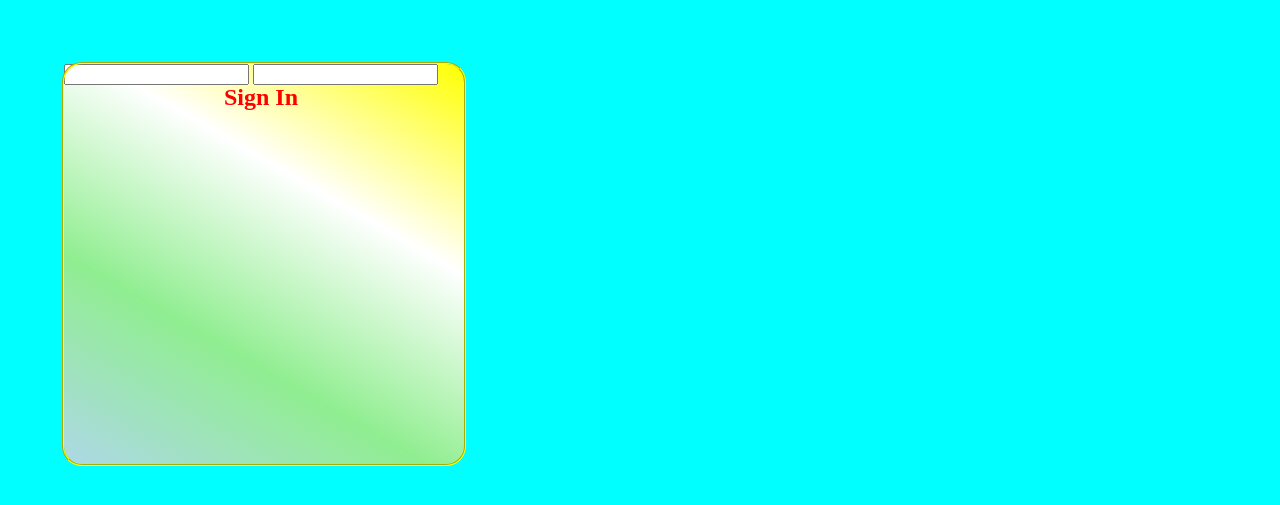
Repository: Amani-Kibet/express-app-web
Page: public/Card.html
An editor plug-in stored every save of this project. The page is shown before and after the next save, followed by the edit.
The browser window is 1280 px wide. The pictures show the whole page.

Above is the page before, as saved 2025-09-25 21:13:44.

After the next save:
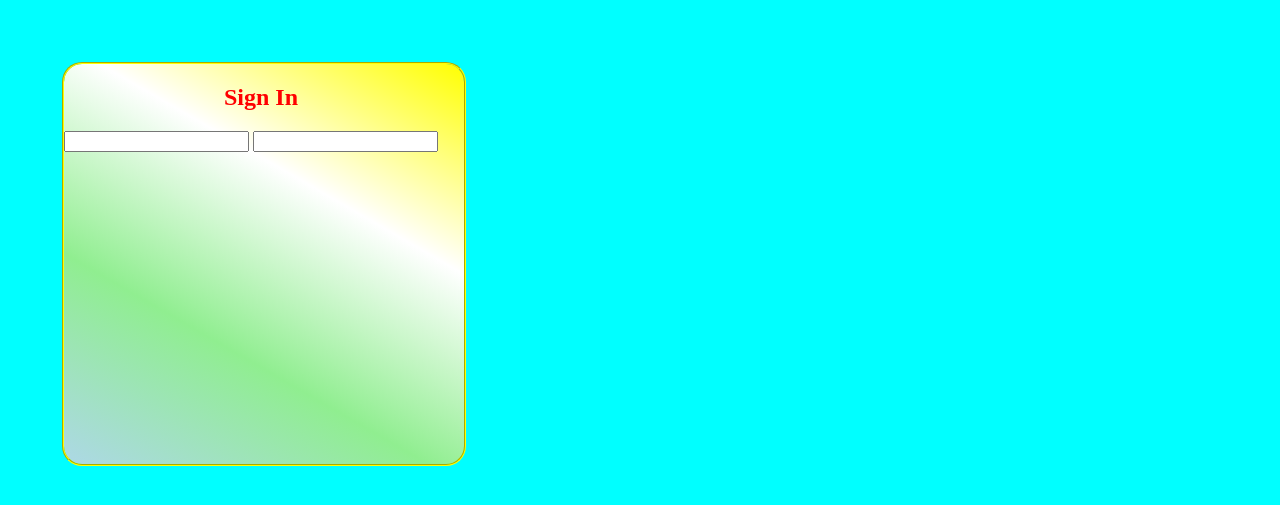
Saved 2 min 15 s later.
--- a/public/Card.html
+++ b/public/Card.html
@@ -14,16 +14,17 @@
   }
   h2{
     color: red;
-    position: absolute;
+    position: relative;
     left: 10rem
   }
+  .inputs{}
   </style>
 </head>
 <body bgColor="cyan">
   <div id="board">
     <h2>Sign In</h2>
-    <input type="number">
-    <input type="text">
+    <input type="number" class="inputs" id="phoneI">
+    <input type="password" class="inputs" id="passI">
   </div>
 </body>
 <script>
